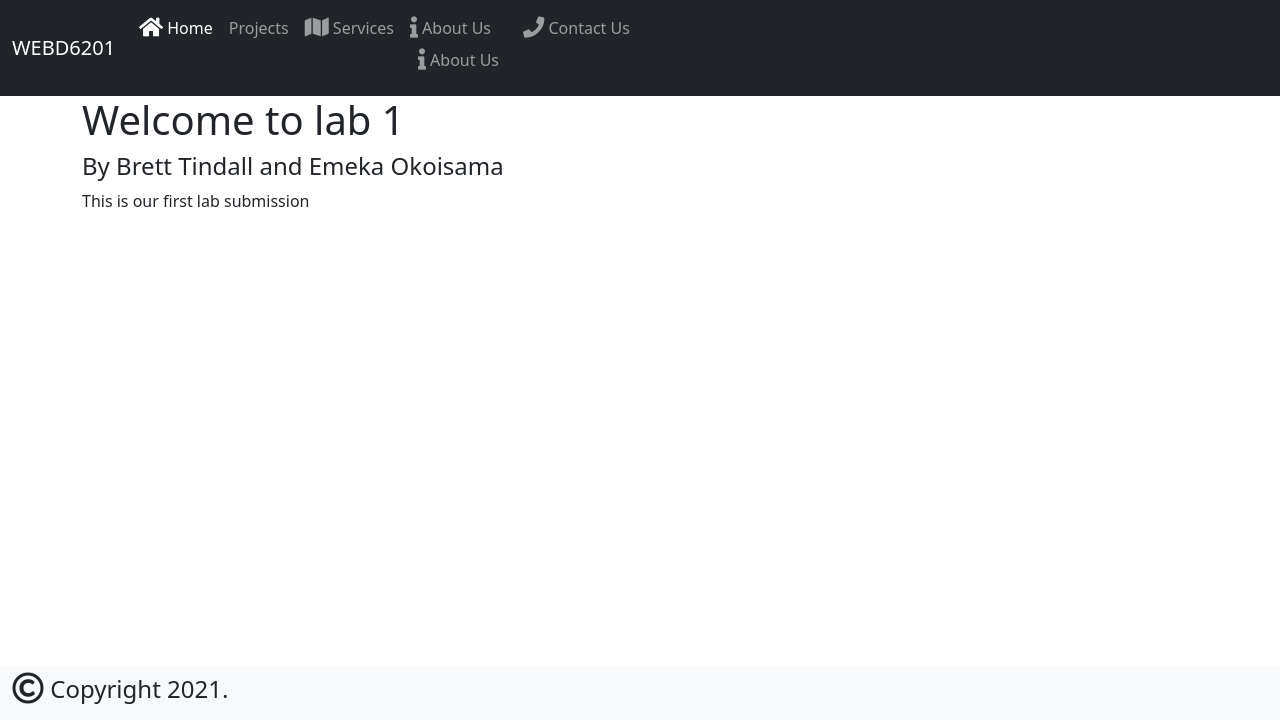
Repository: Sub4Sub/Lab_1
Page: index.html
The author's editor kept a copy of each file at every save. The page is drawn from the files as they stood at one save, then again after the next save.
The browser window is 1280 px wide. The pictures show the whole page.

Above is the page before, as saved 2021-02-05 02:35:08.

After the next save:
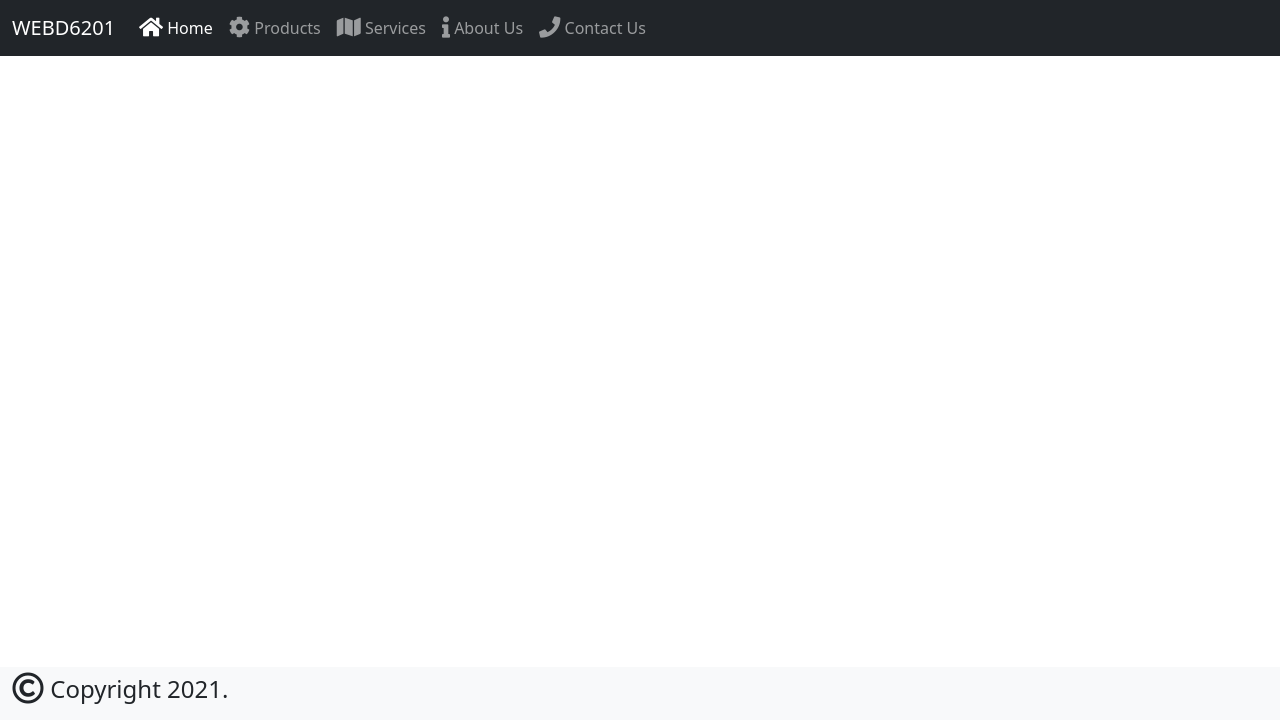
Console error: TypeError: Cannot set properties of null (setting 'textContent')
Saved 8 s later.
--- a/Scripts/app.js
+++ b/Scripts/app.js
@@ -122,7 +122,7 @@
     {
         console.log("App Started...");
 
-        let productsButton = document.getElementById("productsLink");
+        let productsButton = document.getElementById("productsList");
 
         productsButton.textContent = "Projects";
 

After the save that followed:
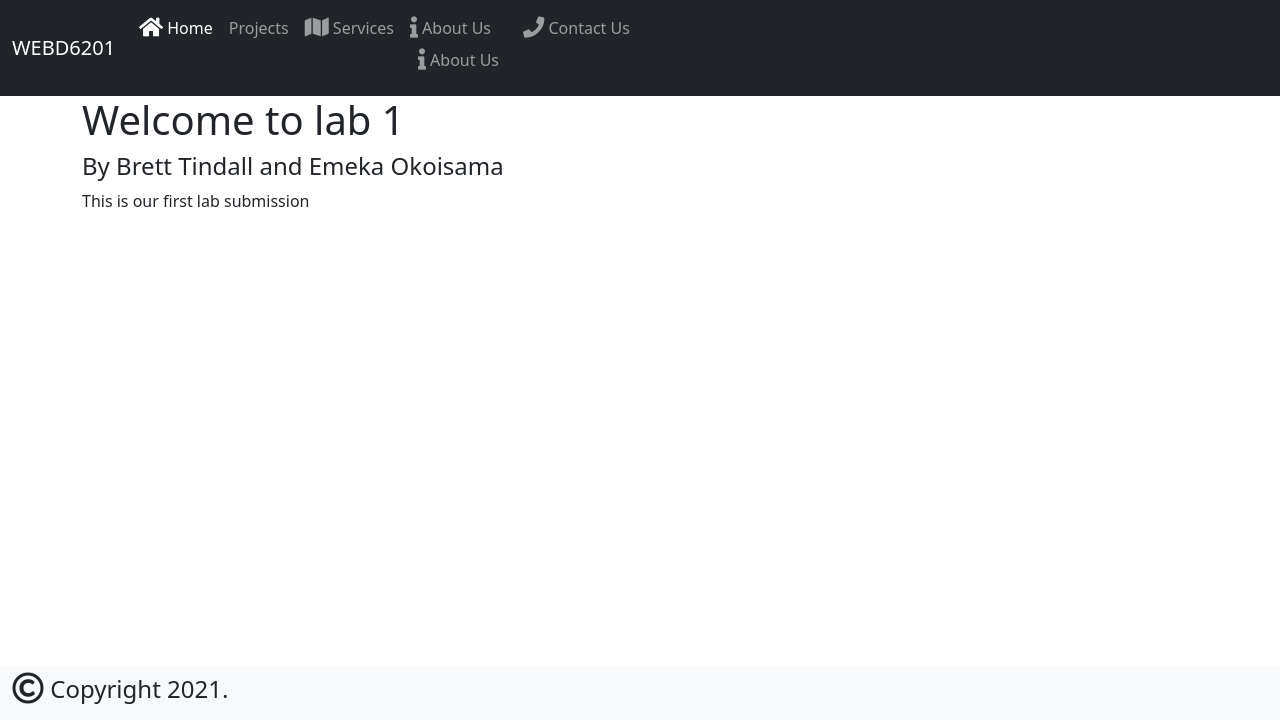
The error is gone.
Saved 4 s later.
--- a/Scripts/app.js
+++ b/Scripts/app.js
@@ -122,7 +122,7 @@
     {
         console.log("App Started...");
 
-        let productsButton = document.getElementById("productsList");
+        let productsButton = document.getElementById("productsLink");
 
         productsButton.textContent = "Projects";
 
